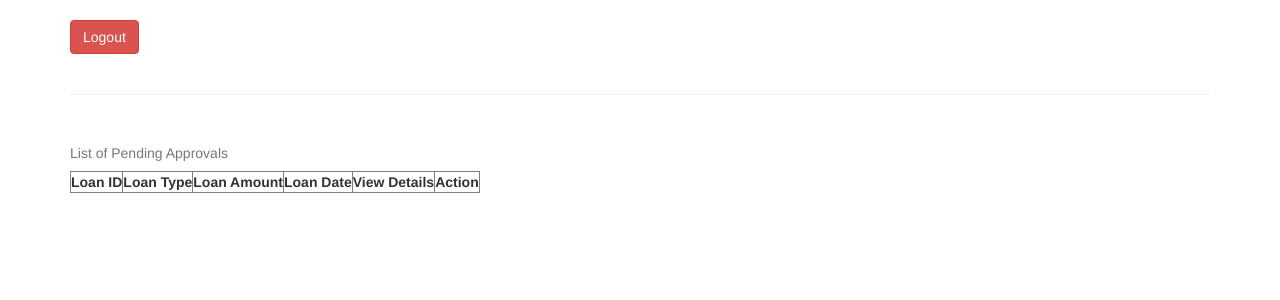
Repository: Bayvao/E-Loan-Project
Page: http://localhost/E-Loan-Project/WEB-INF/views/pending-loan-approval.jsp
These files come from the project's save history. The page is drawn as it stood at one moment and after the next save; the edit follows.
The browser window is 1280 px wide. The pictures show the whole page.
The page is served by Tomcat 9. Nobody is signed in. Other server files are loaded and not shown. The template is opened directly, without the code that normally fills it, so the values that code supplies are empty.

Above is the page before, as saved 2020-07-21 08:28:36.

### E-Loan-Project/src/main/webapp/WEB-INF/views/pending-loan-approval.jsp
<%@ taglib prefix="form" uri="http://www.springframework.org/tags/form"%>
<%@ taglib prefix="security"
	uri="http://www.springframework.org/security/tags"%>
<%@ taglib prefix="c" uri="http://java.sun.com/jsp/jstl/core"%>

<!DOCTYPE html>
<html lang="en">
<head>
<title>Pending List</title>

<meta charset="utf-8">
<meta name="viewport" content="width=device-width, initial-scale=1">
<link rel="stylesheet"
	href="https://maxcdn.bootstrapcdn.com/bootstrap/3.4.1/css/bootstrap.min.css">
<script
	src="https://ajax.googleapis.com/ajax/libs/jquery/3.5.1/jquery.min.js"></script>
<script
	src="https://maxcdn.bootstrapcdn.com/bootstrap/3.4.1/js/bootstrap.min.js"></script>


<style>
h2 {
	text-align: center;
}
</style>
</head>
<body>

	<div class="container">
		<br />

		<!-- Add a logout button -->
		<form:form action="${pageContext.request.contextPath}/logout"
			method="POST">

			<input type="submit" class="btn btn-danger" value="Logout" />

		</form:form>


		<br />
		<!-- display user name and role -->

		<p>

			<security:authorize access="isAuthenticated()">
        User: <security:authentication property="principal.username" />
        Role(s): <security:authentication
					property="principal.authorities" />
			</security:authorize>
		<div>
			<hr>
		</div>
		<br/>
		<table border=1>
		<caption>List of Pending Approvals</caption>
			<tr>
				<th>Loan ID</th>
				<th>Loan Type</th>
				<th>Loan Amount</th>
				<th>Loan Date</th>
				<th>View Details</th>
				<th>Action</th>
			</tr>
			<c:forEach items="${listPendingLoan}" var="pLoan">
				<tr>
					<td>${pLoan.loan.loanId}</td>
					<td>${pLoan.loan.loanType}</td>
					<td>${pLoan.loan.loanAmount}</td>
					<td>${pLoan.loan.loanDate}</td>
					<td><a
						href="${pageContext.request.contextPath}/manager/detailView?id=${pLoan.statusId}">View
							Details</a></td>
					<td><a
						href="${pageContext.request.contextPath}/manager/approveLoan?id=${pLoan.statusId}">Approve</a>
						| <a
						href="${pageContext.request.contextPath}/manager/rejectLoan?id=${pLoan.statusId}">Reject</a>

					</td>
				</tr>
			</c:forEach>
		</table>
	</div>
</body>
</html>

After the next save:
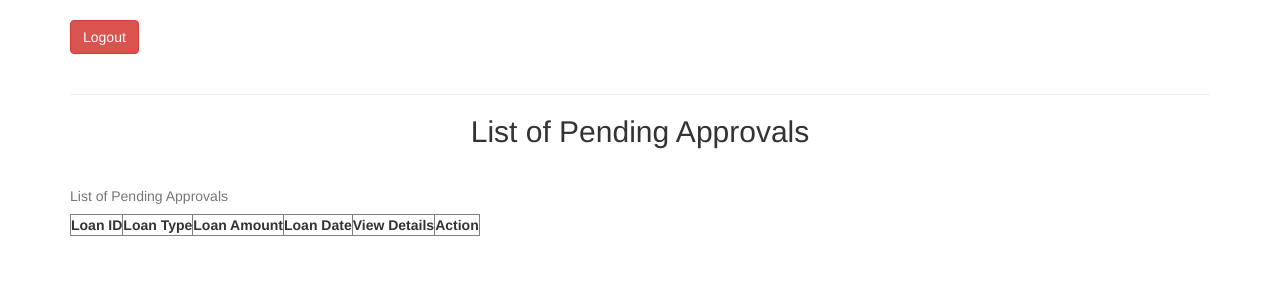
Saved 18 s later.
--- a/E-Loan-Project/src/main/webapp/WEB-INF/views/pending-loan-approval.jsp
+++ b/E-Loan-Project/src/main/webapp/WEB-INF/views/pending-loan-approval.jsp
@@ -50,6 +50,7 @@ h2 {
 			</security:authorize>
 		<div>
 			<hr>
+			<h2>List of Pending Approvals</h2>
 		</div>
 		<br/>
 		<table border=1>
